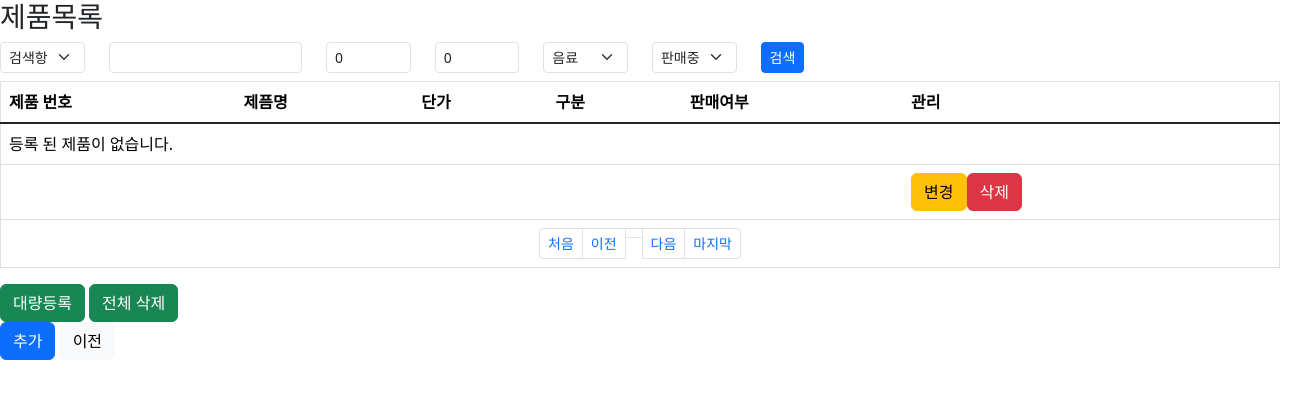
Repository: Hongsomang/spring2
Page: StarCafe/src/main/webapp/resources/view/html/product.html
These files come from the project's save history. The page is drawn as it stood at one moment and after the next save; the edit follows.
The browser window is 1280 px wide. The page is 1292 px wide, so the pictures cover 1292 px, including what lies to the right of the window. The pictures show the whole page.
The page's requests for data from a server got no answer.

Above is the page before, as saved 2023-03-15 05:31:43.

After the next save:
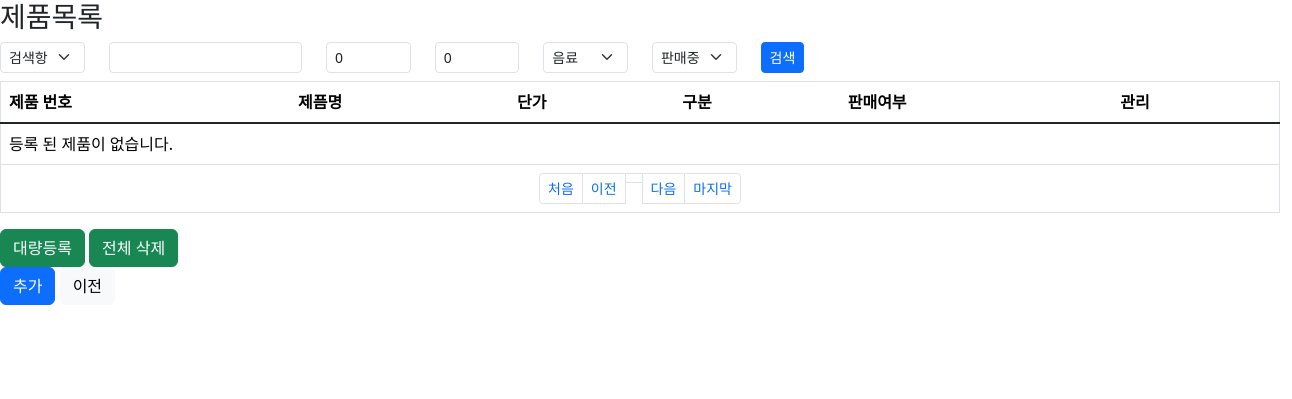
Saved 17 min 6 s later.
--- a/StarCafe/src/main/webapp/resources/view/html/product.html
+++ b/StarCafe/src/main/webapp/resources/view/html/product.html
@@ -82,15 +82,7 @@
 						</tr>
 
 
-						<tr >
-							<td></td>
-							<td></td>
-							<td></td>
-							<td></td>
-							<td></td>
-							<td><a class="btn btn-warning" href="update/">변경</a><a
-								class="btn btn-danger" href="delete/">삭제</a></td>
-						</tr>
+
 
 				</tbody>
 				<tfoot>
